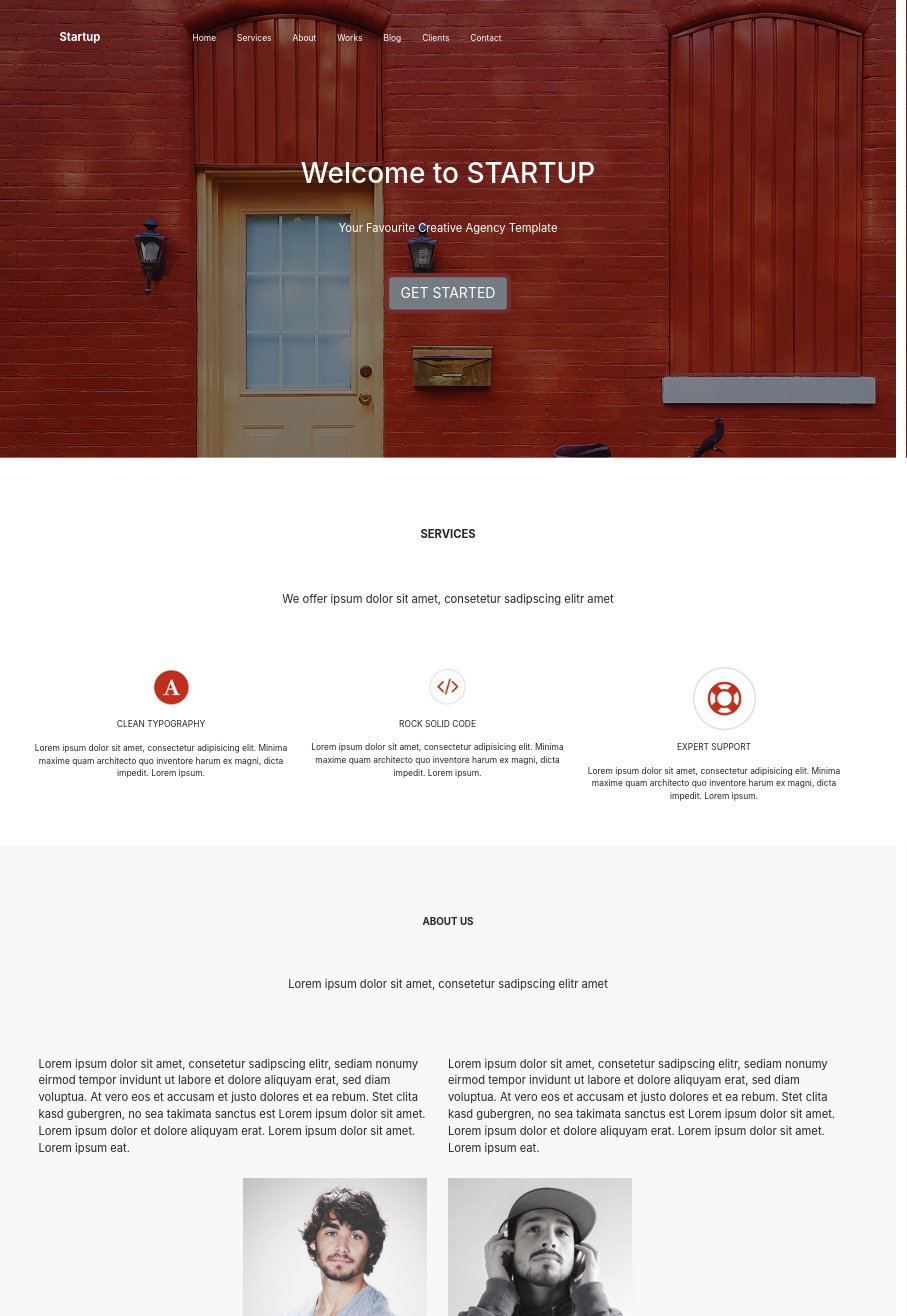
Repository: ivankovaa/HelloWorld
Page: lab5/index.html
The author's editor kept a record of every edit. The page is drawn from the files as they stood at one moment, then again after the next edit.
The browser window is 1280 px wide. The page is 1295 px wide, so the pictures cover 1295 px, including what lies to the right of the window. The pictures show the part of the page from y = 0 to 1880 px (the page is 3843 px tall), at 70% of full size.
The pointer rests on the first visible `#tr-property`.

Above is the page before.

After the next edit:
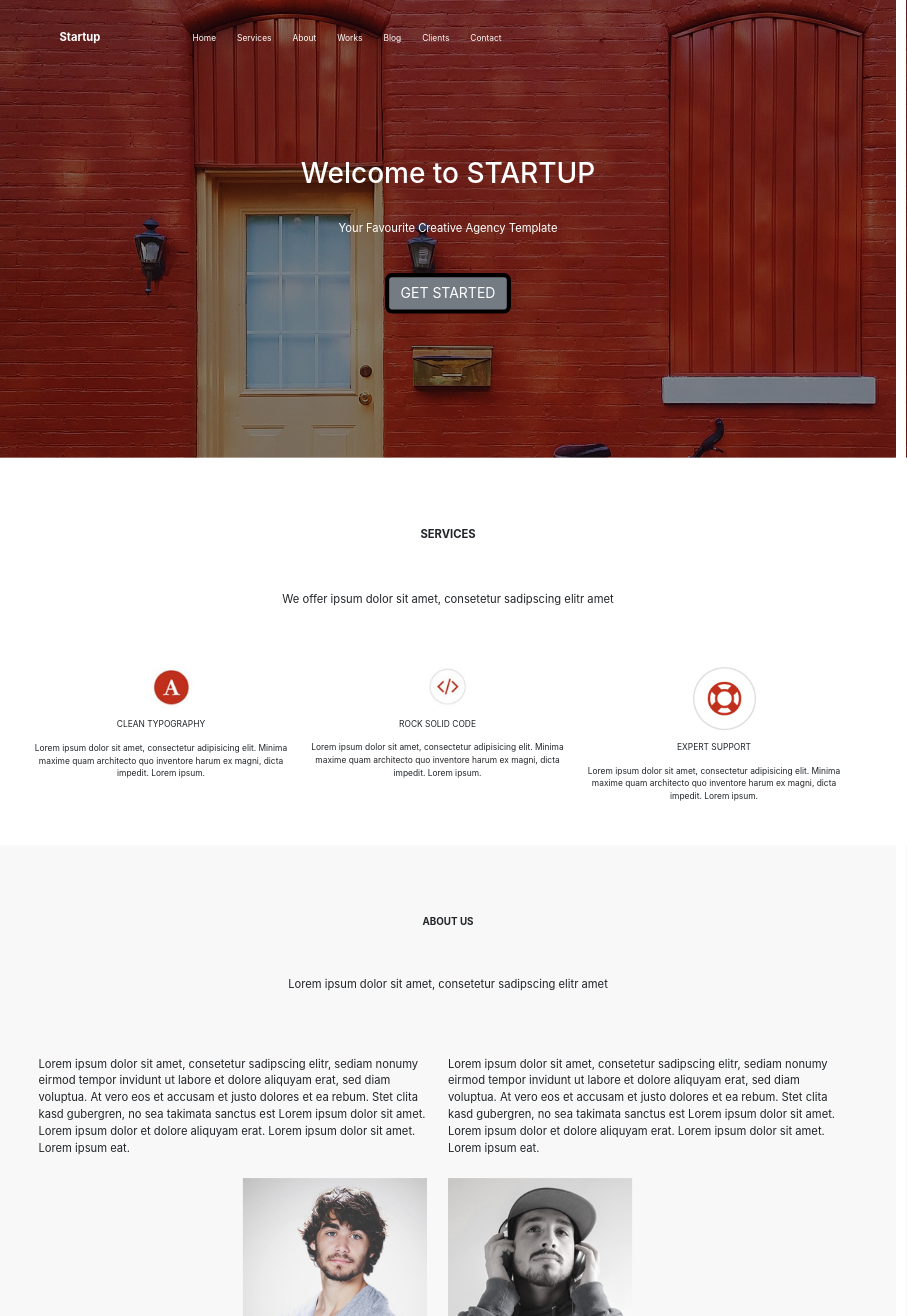
The edit:
--- a/lab5/style.css
+++ b/lab5/style.css
@@ -239,6 +239,6 @@
 #tr-property:hover {
  background-color: #747b83;
  border-width: 6px;
- border-color: #742d2d;
+ border-color: black;
  border-radius: 10px;
 }
